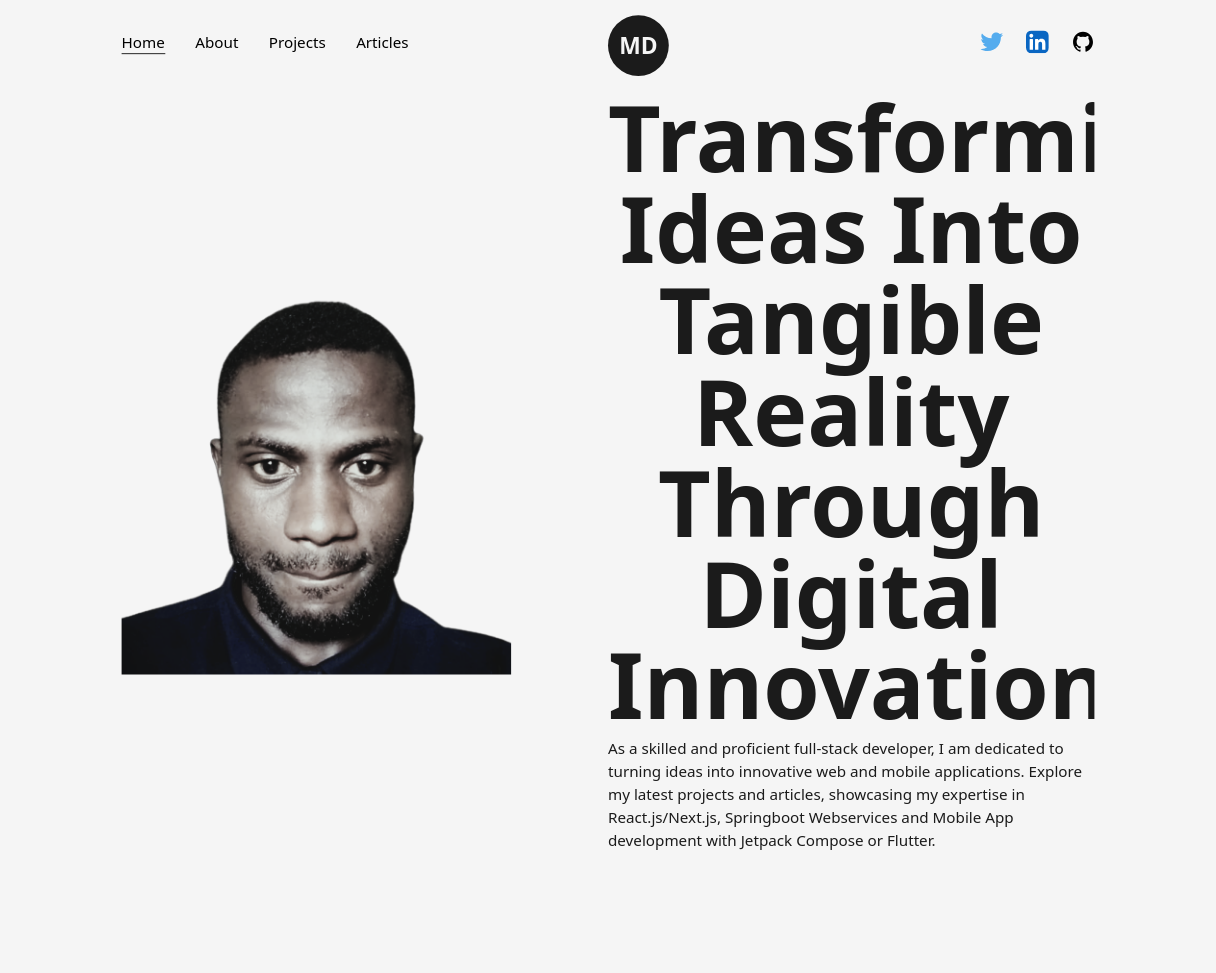
Repository: marcusdashe/situs
Page: /
The author's editor kept a copy of each file at every save. The page is drawn from the files as they stood at one save, then again after the next save.
The browser window is 1280 px wide. The pictures show the whole page, at 95% of full size.
The project was rebuilt for these pictures with package versions that can differ from the ones it lists, and the page was loaded fresh each time. The framework's server and built-in components were replaced by stand-ins that run in the browser.

Above is the page before, as saved 2023-06-15 17:44:18.

### src/pages/_app.js
import Navbar from "@/components/Navbar";
import "@/styles/globals.css";
import Head from "next/head";
// import { IBM_Plex_Sans } from "next/font/google";

// const ibm = IBM_Plex_Sans({
//   subsets: ["latin"],
//   variable: "--font-mont",
// });

export default function App({ Component, pageProps }) {
  return (
    <>
      <Head>
        <meta name="viewport" content="width=device-width, initial-scale=1" />
        <link rel="icon" href="/favicon.ico" />
      </Head>
      <main className={`  bg-light w-full min-h-screen`}>
        <Navbar />
        <Component {...pageProps} />
      </main>
    </>
  );
}

### src/components/Navbar.jsx
import React from "react";
import { useRouter } from "next/router";
import Link from "next/link";
import Logo from "./Logo";
import { TwitterIcon, GithubIcon, LinkedInIcon } from "./Icons";
import { motion } from "framer-motion";

const CustomLink = ({ href, title, className = "" }) => {
  const router = useRouter();

  return (
    <Link href={href} className={`${className} relative group`}>
      {title}
      <span
        className={`h-[1px] inline-block bg-dark absolute left-0 -bottom-0.5 group-hover:w-full transition-[width] ease duration-300 ${
          router.asPath === href ? "w-full" : "w-0"
        }`}
      >
        &nbsp;
      </span>
    </Link>
  );
};

const Navbar = () => {
  return (
    <header
      className="w-full px-32 py-8 font-medium
            flex items-center justify-between"
    >
      <nav>
        <CustomLink href="/" title="Home" className="mr-4" />
        <CustomLink href="/about" title="About" className="mx-4" />
        <CustomLink href="/projects" title="Projects" className="mx-4" />
        <CustomLink href="/articles" title="Articles" className="ml-4" />
      </nav>

      <nav className="flex items-center justify-center flex-wrap">
        <motion.a
          href="https://www.twitter.com/marcusdashe"
          target={"_blank"}
          whileHover={{
            y: -2,
          }}
          whileTap={{ scale: 0.9 }}
          className="w-6 mx-3"
        >
          <TwitterIcon className="" />
        </motion.a>
        <motion.a
          href="https://www.linkedin.com/in/marcus-dashe-15a088202"
          target={"_blank"}
          whileHover={{
            y: -2,
          }}
          whileTap={{ scale: 0.9 }}
          className="w-6 mx-3"
        >
          <LinkedInIcon />
        </motion.a>
        <motion.a
          href="https://www.github.com/marcusdashe"
          target={"_blank"}
          whileHover={{
            y: -2,
          }}
          whileTap={{ scale: 0.9 }}
          className="w-6 ml-3"
        >
          <GithubIcon />
        </motion.a>
      </nav>
      <div className="absolute left-[50%] top-2 translate-x-[-50]">
        <Logo />
      </div>
    </header>
  );
};

export default Navbar;

### src/styles/globals.css
@import url("https://fonts.googleapis.com/css2?family=IBM+Plex+Sans:ital,wght@0,100;0,200;0,300;1,100;1,200&family=Inter:wght@300;400;500;600;700;800;900&display=swap");

@tailwind base;
@tailwind components;
@tailwind utilities;

### src/components/Layout.jsx
import React from "react";

const Layout = ({ children, className = "" }) => {
  return (
    <div className={`${className} w-full inline-block z-0 bg-light p-32  `}>
      {children}
    </div>
  );
};

export default Layout;

### src/components/AnimatedText.jsx
import React from "react";

const AnimatedText = ({ text, className = "" }) => {
  return (
    <div className="w-full mx-auto py-2 flex items-center justify-center text-center overflow-hidden ">
      <h1
        className={`inline-block w-full text-dark font-bold capitalize text-8xl ${className}`}
      >
        {text}
      </h1>
    </div>
  );
};

export default AnimatedText;

### src/components/Logo.jsx
"use client";

import React from "react";
import Link from "next/link";
import { motion } from "framer-motion";

const MotionLink = motion(Link);

const Logo = () => {
  return (
    <div className="flex items-center justify-center mt-2">
      <MotionLink
        href="/"
        className="w-16 h-16 bg-dark text-light flex items-center
        justify-center rounded-full text-2xl font-bold hover
      "
        whileHover={{
          scale: 1.5,
          backgroundColor: [
            "#121212",
            "rgba(131,58,180,1)",
            "rgba(253,29,29,1)",
            "rgba(252,176,69,1)",
            "rgba(131,58,180,1)",
            "#121212",
          ],
          transition: {
            duration: 1,
            repeat: Infinity,
          },
        }}
      >
        MD
      </MotionLink>
    </div>
  );
};

export default Logo;

Loaded but not shown: src/pages/index.js (45 lines, source omitted); tailwind.config.js (27 lines, source omitted); src/components/Icons.jsx (463 lines, source omitted)

After the next save:
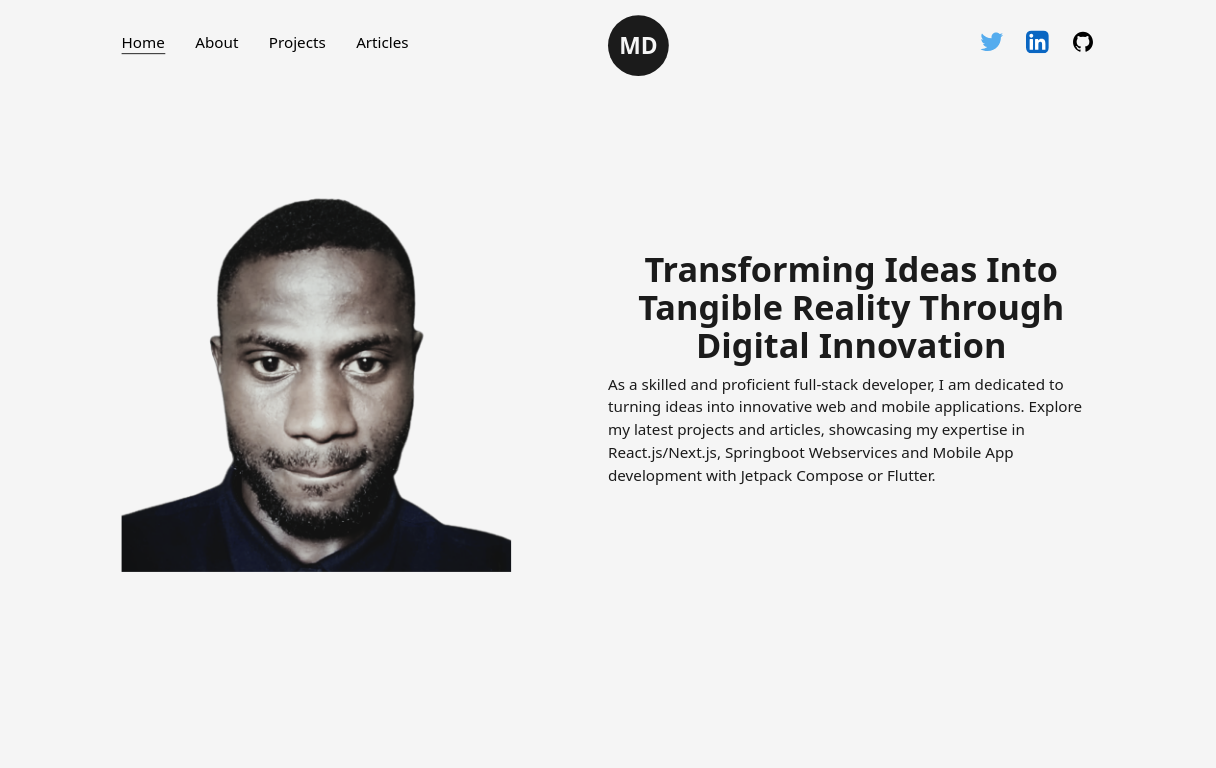
Saved 39 s later.
--- a/src/components/AnimatedText.jsx
+++ b/src/components/AnimatedText.jsx
@@ -4,7 +4,7 @@ const AnimatedText = ({ text, className = "" }) => {
   return (
     <div className="w-full mx-auto py-2 flex items-center justify-center text-center overflow-hidden ">
       <h1
-        className={`inline-block w-full text-dark font-bold capitalize text-8xl ${className}`}
+        className={`inline-block w-full text-dark font-bold capitalize text-4xl ${className}`}
       >
         {text}
       </h1>
